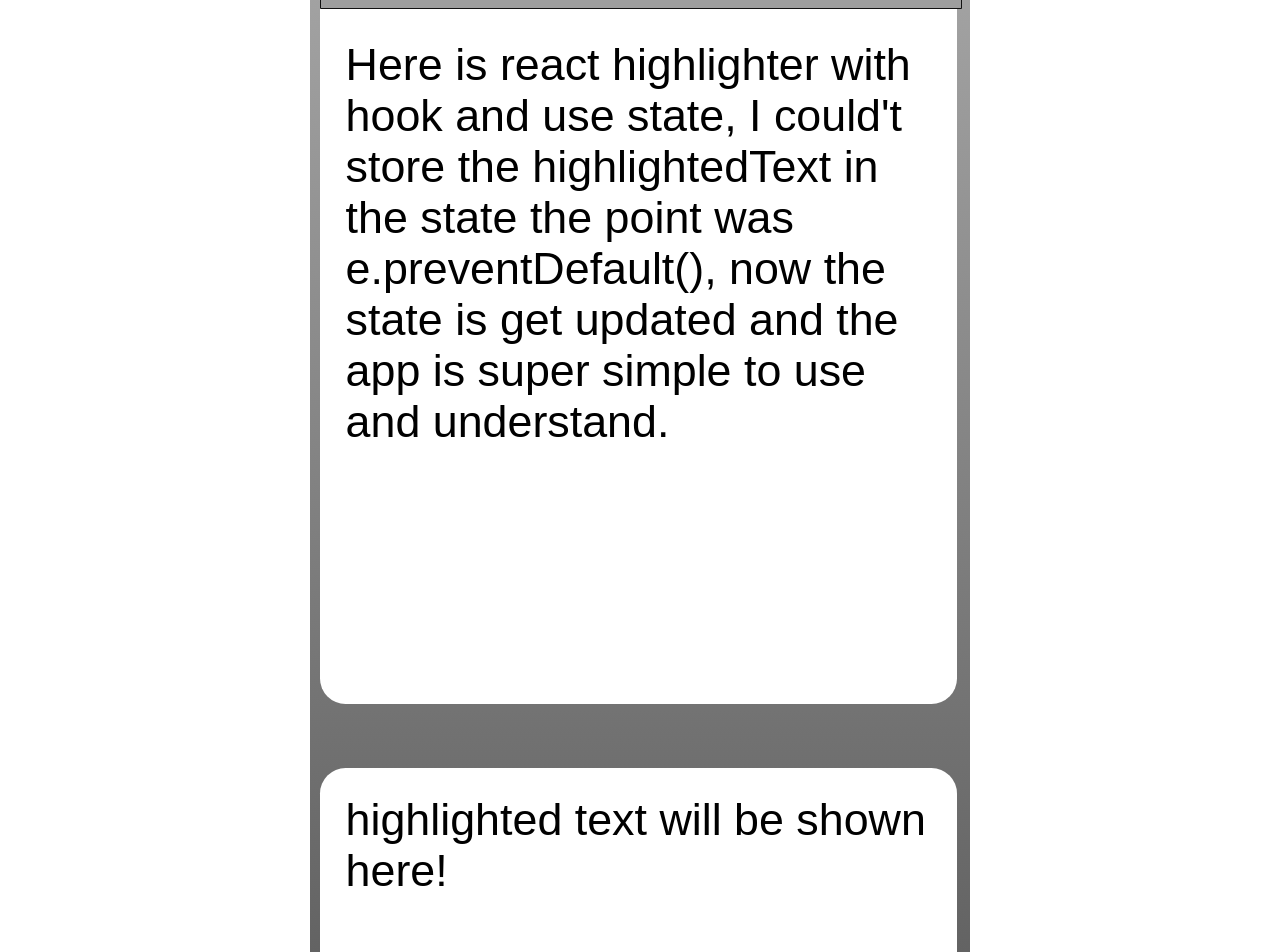
Repository: Farbod29/React-text-highlighter-with-hook-
Page: /
These files come from the project's save history. The page is drawn as it stood at one moment and after the next save; the edit follows.
The browser window is 1280 px wide. The pictures show the part of the page from y = 707 to 1659 px (the page is 2472 px tall).
Pictures or frames that could not be fetched are drawn as grey boxes. The project was rebuilt for these pictures with package versions that can differ from the ones it lists, and the page was loaded fresh each time.

Above is the page before, as saved 2022-02-21 15:04:58.

After the next save:
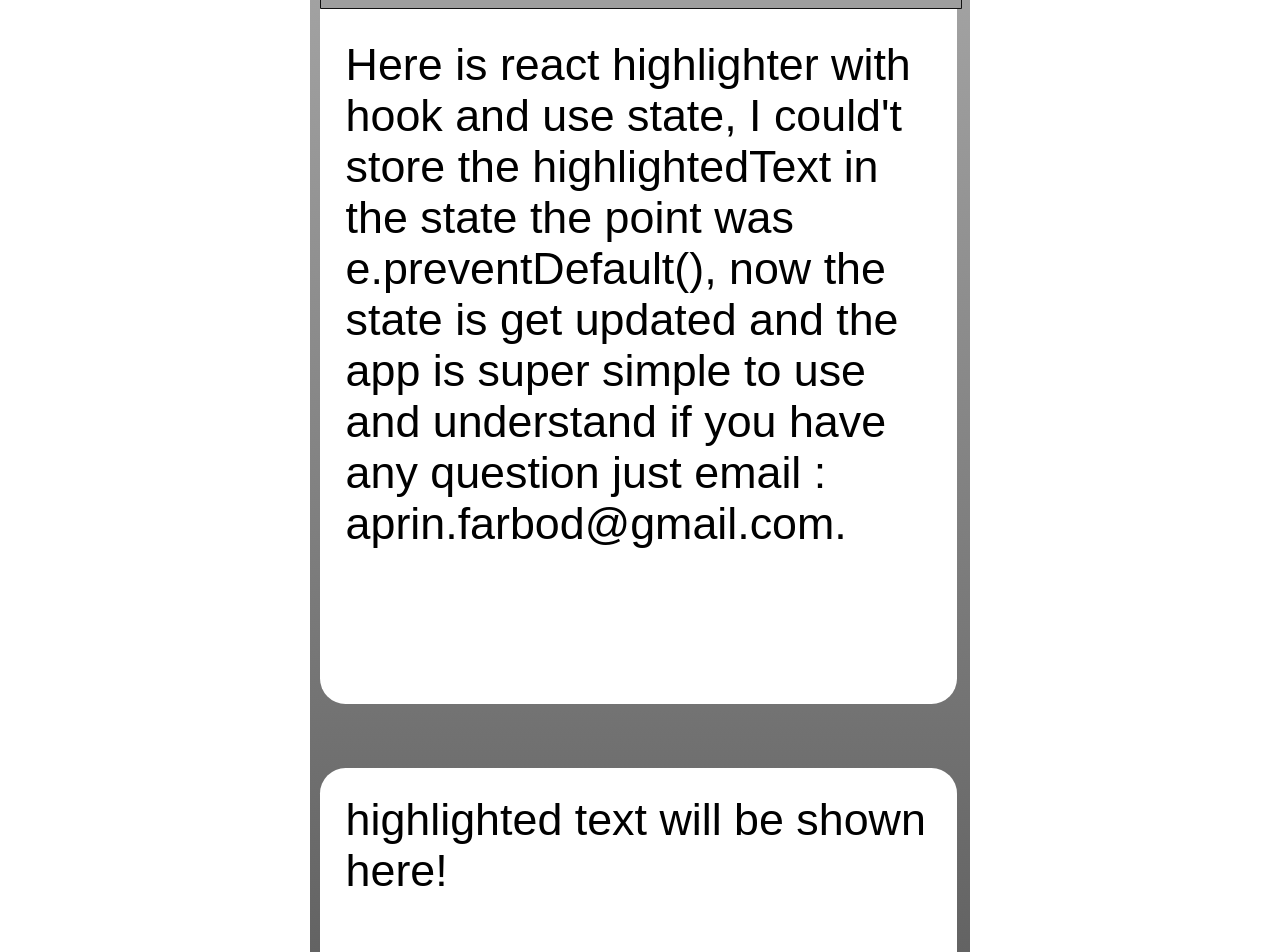
Saved 28 s later.
--- a/src/highlighter.js
+++ b/src/highlighter.js
@@ -46,7 +46,8 @@ export default function Highlighter() {
             Here is react highlighter with hook and use state, I could't store
             the highlightedText in the state the point was e.preventDefault(),
             now the state is get updated and the app is super simple to use and
-            understand.
+            understand if you have any question just email :
+            aprin.farbod@gmail.com.
           </div>
           <div className="txt">{highlightedText}</div>
           <div // parent of button
